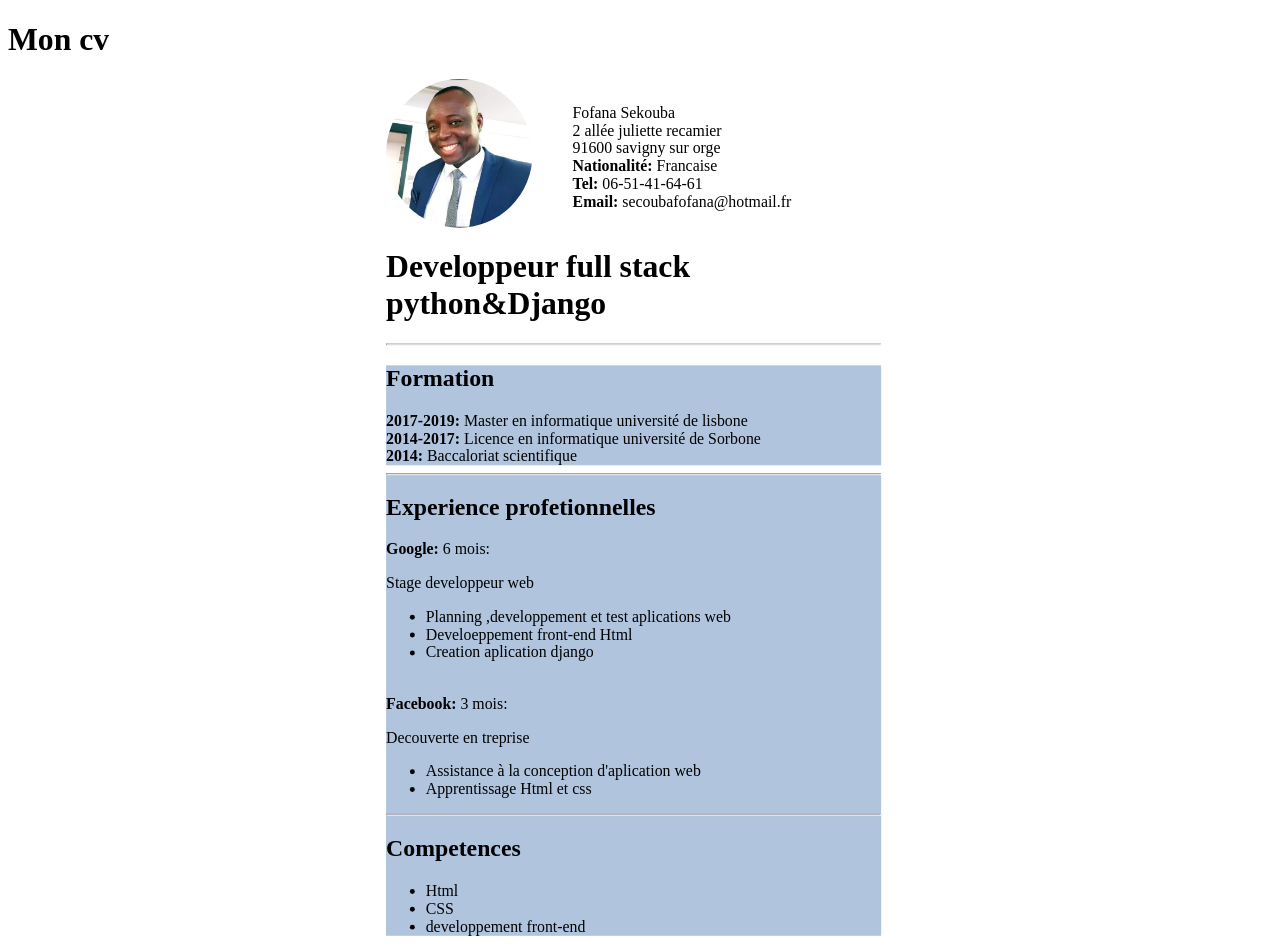
Repository: lamdakara/cv-html
Page: index.html
These files come from the project's save history. The page is drawn as it stood at one moment and after the next save; the edit follows.
The browser window is 1280 px wide. The pictures show the whole page, at 99% of full size.
Some web libraries are served in a nearby version.

Above is the page before, as saved 2023-08-26 14:06:26.

After the next save:
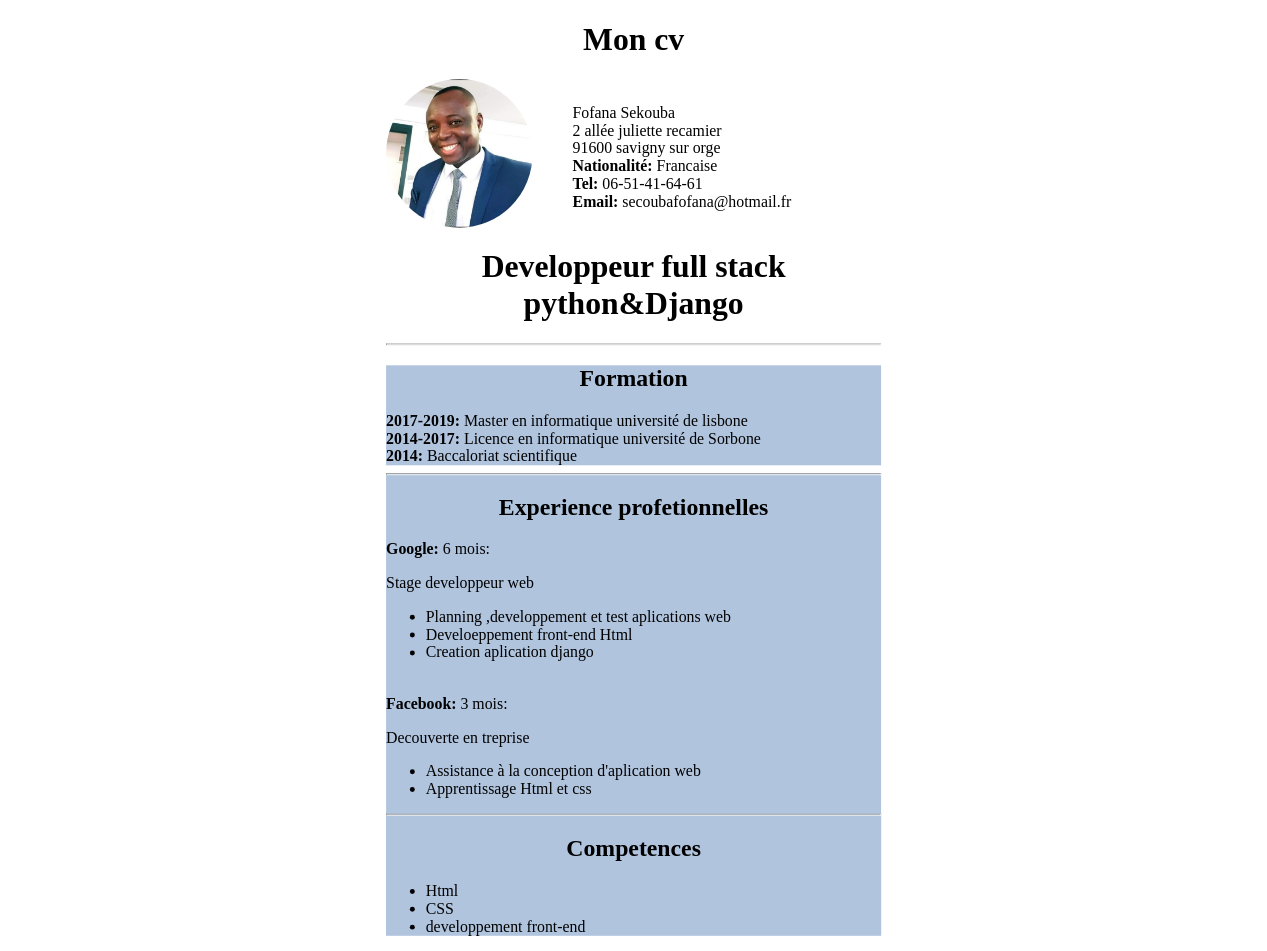
Saved 3 min 31 s later.
--- a/css/style.css
+++ b/css/style.css
@@ -23,3 +23,7 @@
 .cv-section{
     background-color: lightsteelblue;
 }
+
+h1,h2{
+text-align: center;
+}
